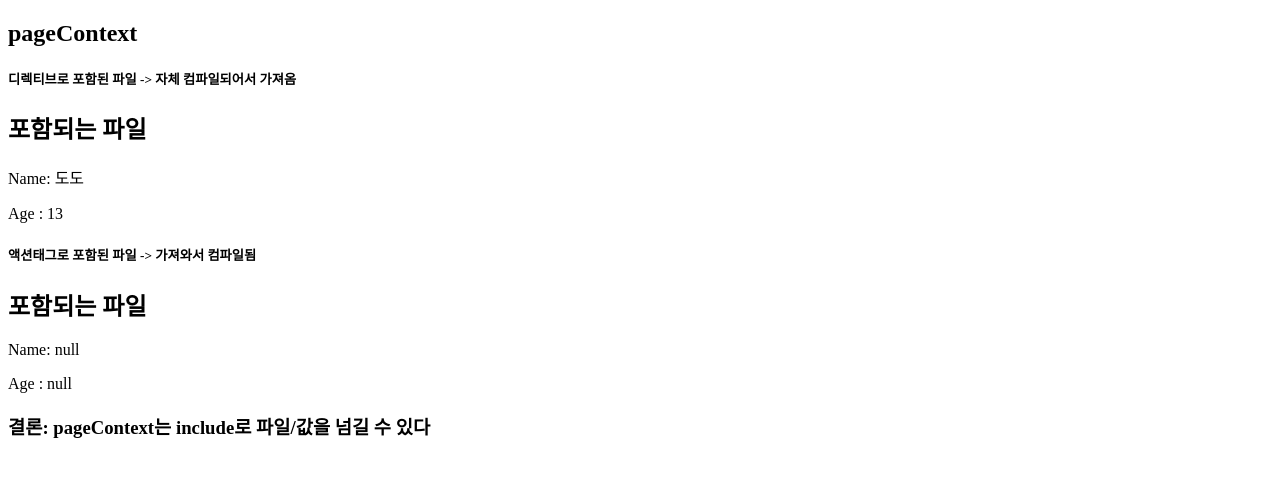
Repository: cordingdodo/javaworks2
Page: http://localhost/practice01/test09.jsp
These files come from the project's save history. The page is drawn as it stood at one moment and after a run of saves; the edit follows.
The browser window is 1280 px wide. The pictures show the whole page.
The page is served by Tomcat 9. Other server files are loaded and not shown.

Above is the page before, as saved 2022-10-21 03:45:21.

### practice01/WebContent/test09.jsp
<%@ page language="java" contentType="text/html; charset=UTF-8"
    pageEncoding="UTF-8"%>
<%  pageContext.setAttribute("name", "도도");
	pageContext.setAttribute("age", "13");
%>
<!DOCTYPE html>
<html>
<head>
<meta charset="UTF-8">
<title>include 받아오기</title>
</head>
<body>
	<h2>pageContext</h2>
	<h5>디렉티브로 포함된 파일 -> 자체 컴파일되어서 가져옴</h5>
	<%@ include file="includeFile.jsp" %>
	<h5>액션태그로 포함된 파일 -> 가져와서 컴파일됨</h5>
	<jsp:include page="includeFile.jsp"></jsp:include>
	<h3>결론: pageContext는 include로 파일/값을 넘길 수 있다</h3>
</body>
</html>

### practice01/WebContent/includeFile.jsp
<%@ page language="java" contentType="text/html; charset=UTF-8"
    pageEncoding="UTF-8"%>
<%
	String name = (String) pageContext.getAttribute("name");
	String age = (String) pageContext.getAttribute("age");
 %>
<!DOCTYPE html>
<html>
<head>
<meta charset="UTF-8">
<title>include 되는 파일 </title>
	<%
	//인클루드 , 하나 저장해서 반복적으로 쓸 거임  like 스타일 = 포함
	//<h3>결론: pageContext는 include로 파일/값을 넘길 수 있다</h3>
	%>

</head>
<body>
	<h2>포함되는 파일</h2>
	<div>
		<p>Name: <%=name %></p>
		<p>Age : <%=age %></p>
	</div>
</body>
</html>

After the next 2 saves:
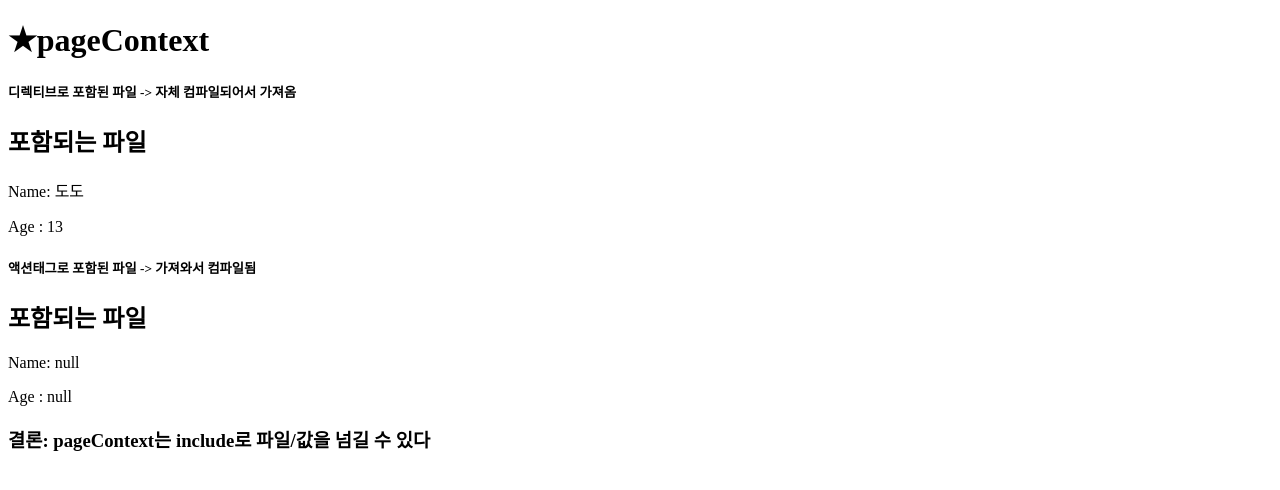
The 2 saves are shown as one change because they came seconds apart.
The last was saved 15 s later.
--- a/practice01/WebContent/test09.jsp
+++ b/practice01/WebContent/test09.jsp
@@ -10,7 +10,7 @@
 <title>include 받아오기</title>
 </head>
 <body>
-	<h2>pageContext</h2>
+	<h1>★pageContext</h1>
 	<h5>디렉티브로 포함된 파일 -> 자체 컴파일되어서 가져옴</h5>
 	<%@ include file="includeFile.jsp" %>
 	<h5>액션태그로 포함된 파일 -> 가져와서 컴파일됨</h5>
